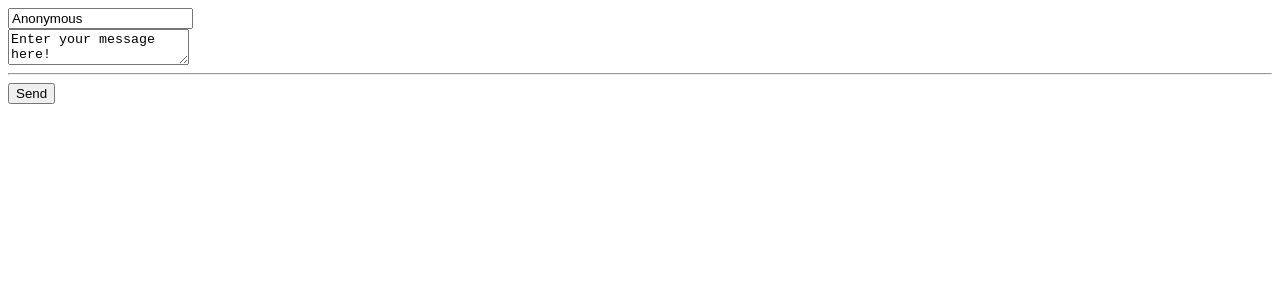
Repository: sones/sones-mule
Page: http://localhost/MessengerWebApp/
An editor plug-in stored every save of this project. The page is shown before and after the next save, followed by the edit.
The browser window is 1280 px wide. The pictures show the whole page.
The page is served by Tomcat 9.

Above is the page before, as saved 2011-08-26 14:02:25.

After the next save:
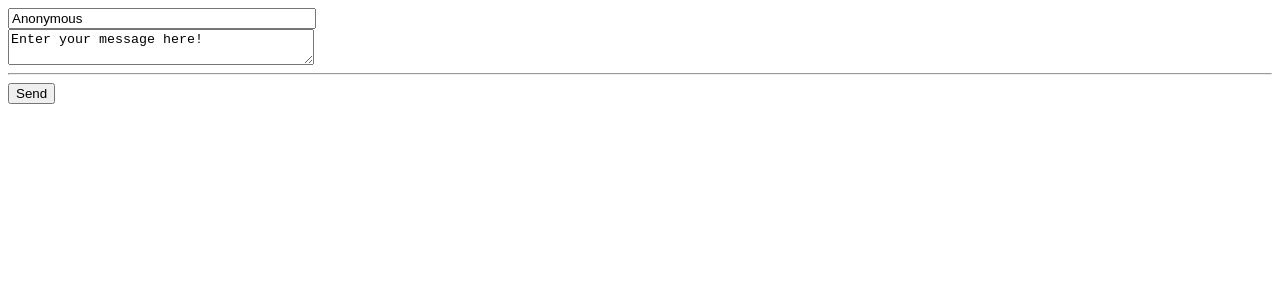
Saved 77 s later.
--- a/MessagingExampleWorkspace/MessengerWebApp/WebContent/index.jsp
+++ b/MessagingExampleWorkspace/MessengerWebApp/WebContent/index.jsp
@@ -10,9 +10,9 @@
 
 
 <form action="index.jsp" method="post">
-	<input type="text" name="FromName" value="Anonymous"/>
+	<input type="text" name="FromName" value="Anonymous" style="width: 300px; "/>
 	<br/>
-	<textarea name="MsgText">Enter your message here!</textarea>
+	<textarea name="MsgText" style="width: 300px; ">Enter your message here!</textarea>
 	<hr/>
 	<input type="submit" name="Submit" value="Send"/>
 </form>
